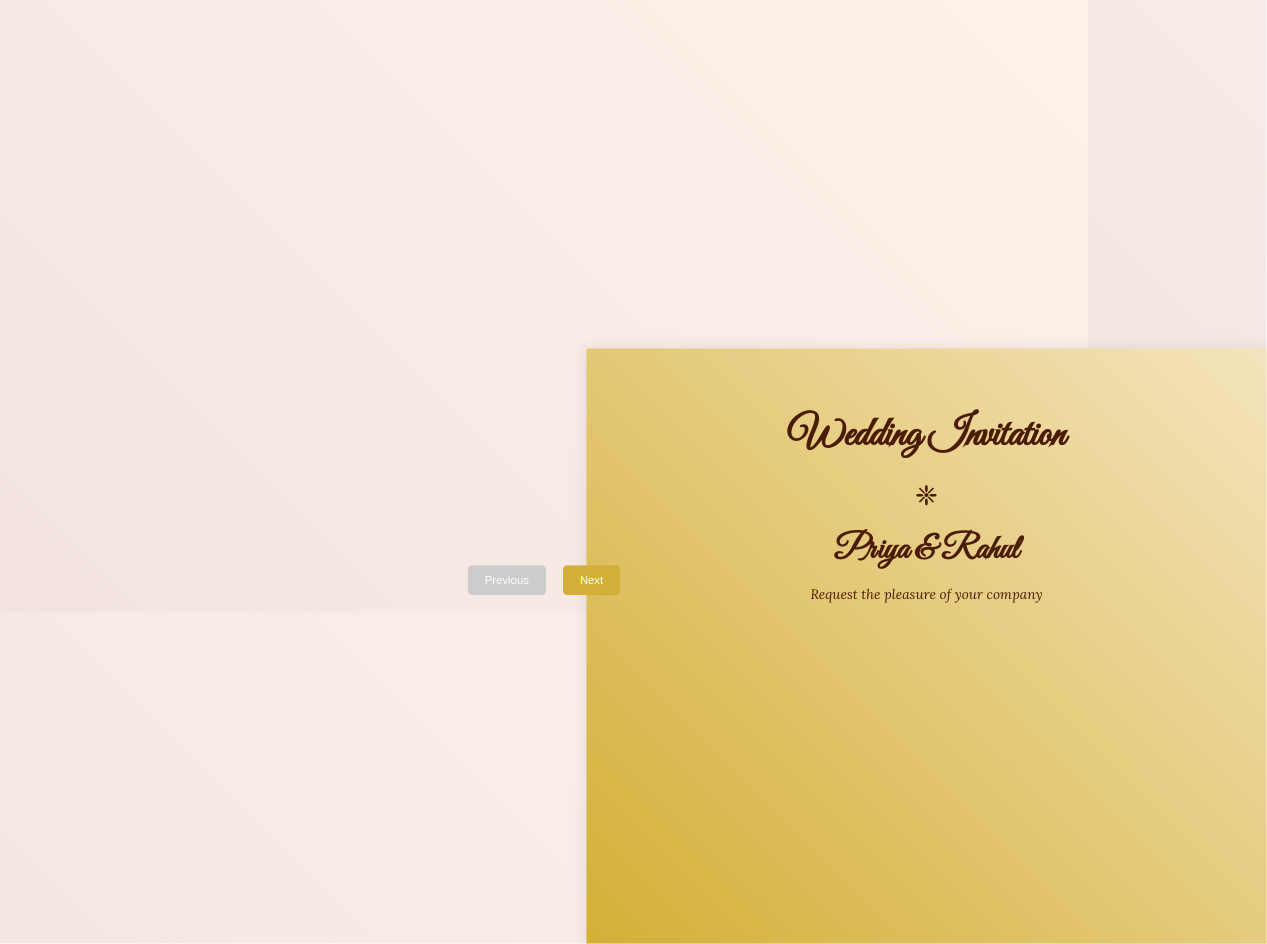
Repository: abhibkop27/finalwedding
Page: index.html
An editor plug-in stored every save of this project. The page is shown before and after the next save, followed by the edit.
The browser window is 1280 px wide. The page is 1490 px wide, then 1280 px, so the pictures cover 1490 px, including what lies to the right of the window. The pictures show the whole page, at 85% of full size.

Above is the page before, as saved 2025-02-17 12:21:10.

After the next save:
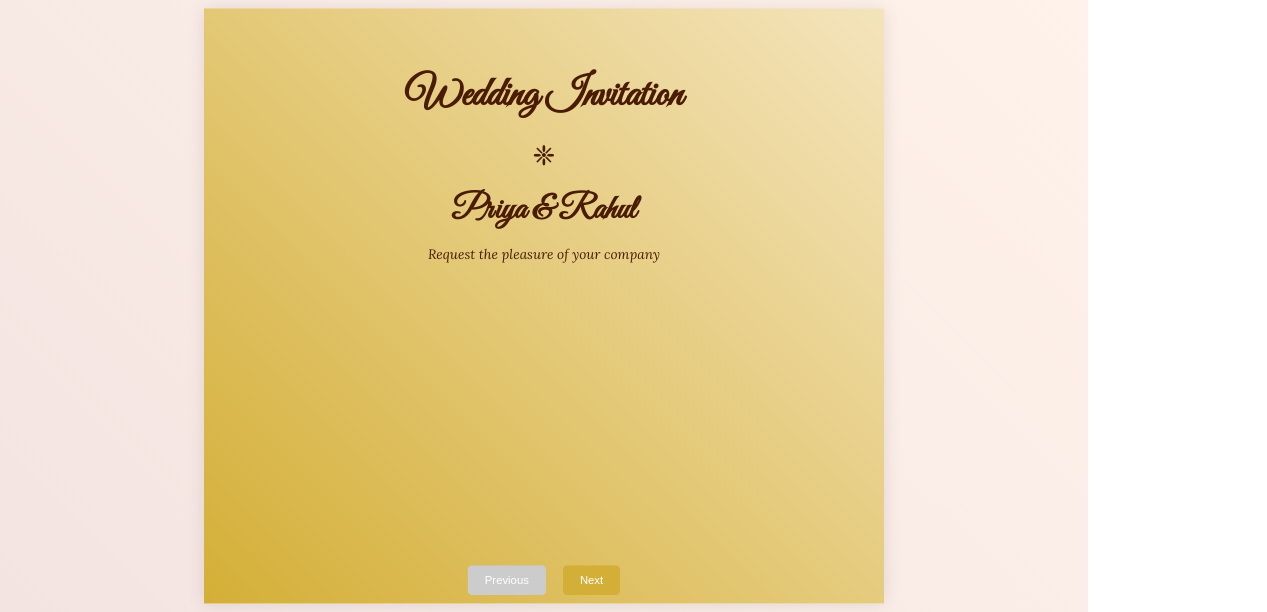
Saved 18 s later.
--- a/index.html
+++ b/index.html
@@ -9,8 +9,8 @@
 </head>
 <body>
     <div class="book">
-    <div class="page-body" data-page="1">
-        <div class="page cover active" >
+
+        <div class="page cover active" data-page="1" >
             <div class="content">
                 <h1>Wedding Invitation</h1>
                 <div class="ornament">❈</div>
@@ -18,7 +18,7 @@
                 <p>Request the pleasure of your company</p>
             </div>
         </div>
-    </div>
+
 
         <div class="page" data-page="2">
             <div class="content">
